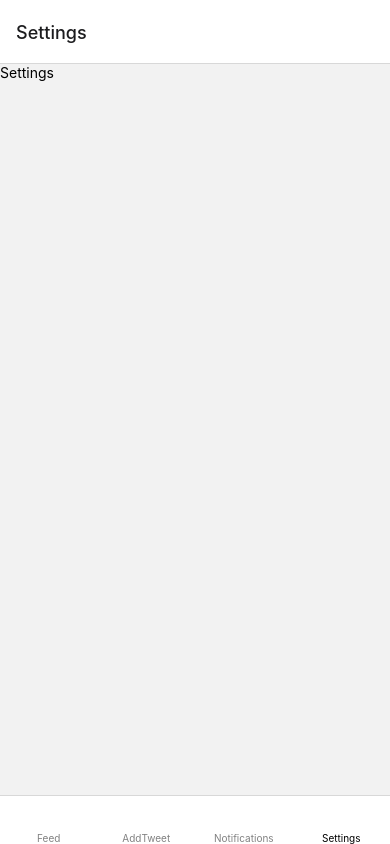
Repository: Deyvid-Kasteh/ReactNativeNavigationTraining
Screen: /Settings
An editor plug-in stored every save of this project. The screen is shown before and after a run of saves, followed by the edit.
The app was drawn by React Native's web renderer in a window 390 px wide. The project was rebuilt for these pictures with package versions that can differ from the ones it lists, and the page was loaded fresh each time. Also part of the build but not shown: screens/Notifications.js, screens/AddTweet.js.

Above is the screen before, as saved 2023-08-03 14:55:36.

### App.js
import "react-native-gesture-handler";
import { StatusBar } from "expo-status-bar";
import { StyleSheet, Text, View } from "react-native";
import NavigationMain from "./NavigationMain";

export default function App() {
  return (

      <NavigationMain />

  );
}

const styles = StyleSheet.create({
  container: {
    flex: 1,
    backgroundColor: "#fff",
    alignItems: "center",
    justifyContent: "center",
  },
});

### NavigationMain.js
import { NavigationContainer } from "@react-navigation/native";
import Feed from "./screens/Feed";
import { StyleSheet, Text, View } from "react-native";
import { createBottomTabNavigator } from "@react-navigation/bottom-tabs";
import Notifications from "./screens/Notifications";
import AddTweet from "./screens/AddTweet";
import Settings from "./screens/Settings";
import { Ionicons } from "@expo/vector-icons";
import { Feather } from "@expo/vector-icons";
import { AntDesign } from "@expo/vector-icons";














// Bottom Tab

const Tab = createBottomTabNavigator();
function TabGroup() {
  return (
    <Tab.Navigator
      screenOptions={() => ({
        tabBarActiveTintColor: "black",
        tabBarInactiveTintColor: "gray",
        tabBarShowLabel: true,
        tabBarIconStyle: {color: "white"},
      })}
    >
      <Tab.Screen
        name="Feed"
        component={Feed}
        options={{
          tabBarIcon: ({ focused,  }) => {
            if (focused) {
              return <Ionicons name="logo-twitter" size={24} />;
            }
            return <Feather name="twitter" size={24} />;
          },
        }}
      />

      <Tab.Screen
        name="AddTweet"
        component={AddTweet}
        options={{
          tabBarIcon: ({ focused,  }) => {
            if (focused) {
              return <AntDesign name="pluscircle" size={24} />;
            }
            return <AntDesign name="pluscircleo" size={24} />;
          },
        }}
      />
      <Tab.Screen
        name="Notifications"
        component={Notifications}
        options={{
          tabBarIcon: ({ focused,  }) => {
            if (focused) {
              return <Ionicons name="notifications-sharp" size={24} />;
            }
            return <Ionicons name="notifications-outline" size={24} />;
          },
        }}
      />
      <Tab.Screen
        name="Settings"
        component={Settings}
        options={{
          tabBarIcon: ({ focused,  }) => {
            if (focused) {
              return <Ionicons name="settings-sharp" size={24} />;
            }
            return <Ionicons name="settings-outline" size={24} />;
          },
        }}
      />
    </Tab.Navigator>
  );
}

export default function NavigationMain() {
  return (
    <NavigationContainer>
      <TabGroup />
    </NavigationContainer>
  );
}

### screens/Feed.js
import { SafeAreaView, Text, View } from "react-native";

export default function Feed() {
    return (
      <View>
        <Text>Feed</Text>
      </View>
    );
}

Loaded but not shown: screens/Settings.js (common file)

After the next 3 saves:
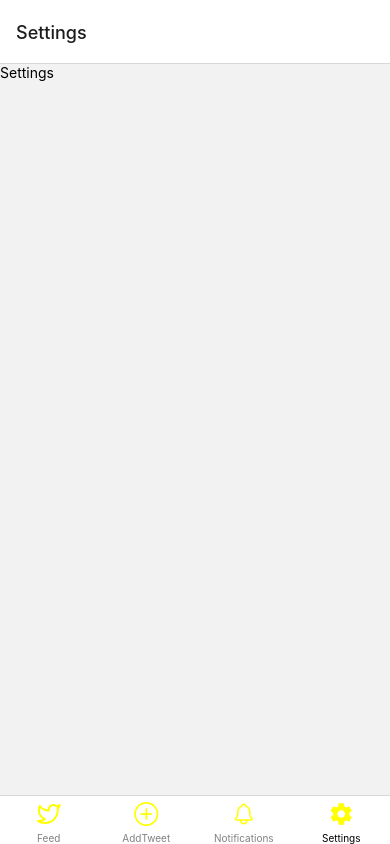
The 3 saves are shown as one change because they came seconds apart.
The last was saved 25 s later.
--- a/NavigationMain.js
+++ b/NavigationMain.js
@@ -32,7 +32,7 @@
         tabBarActiveTintColor: "black",
         tabBarInactiveTintColor: "gray",
         tabBarShowLabel: true,
-        tabBarIconStyle: {color: "white"},
+        tabBarIconStyle: {color: "yellow"},
       })}
     >
       <Tab.Screen
